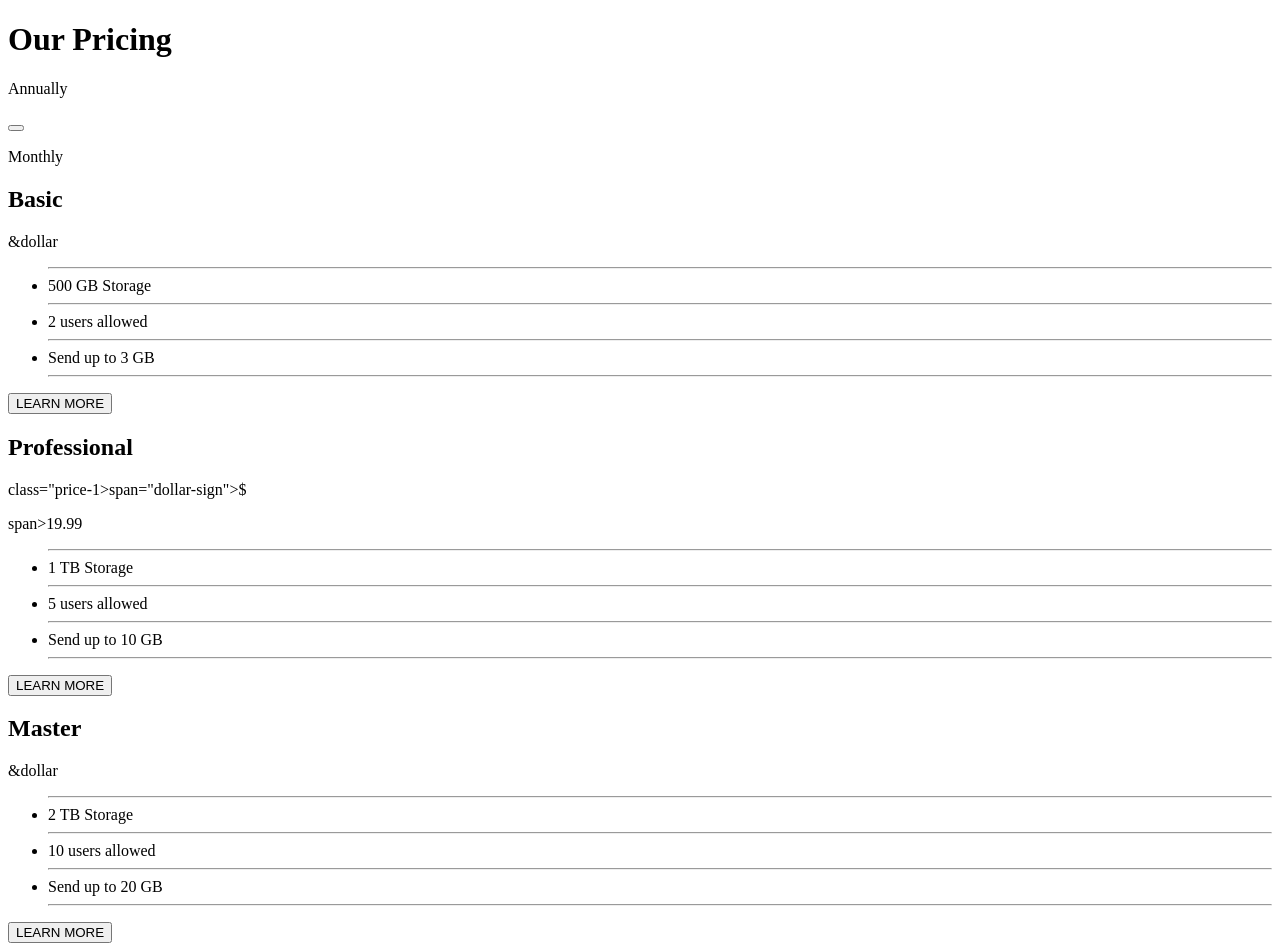
Repository: lah23500/Pricing-App
Page: Price landing page/index.html
An editor plug-in stored every save of this project. The page is shown before and after the next save, followed by the edit.
The browser window is 1280 px wide. The pictures show the whole page.

Above is the page before, as saved 2024-01-19 14:28:21.

After the next save:
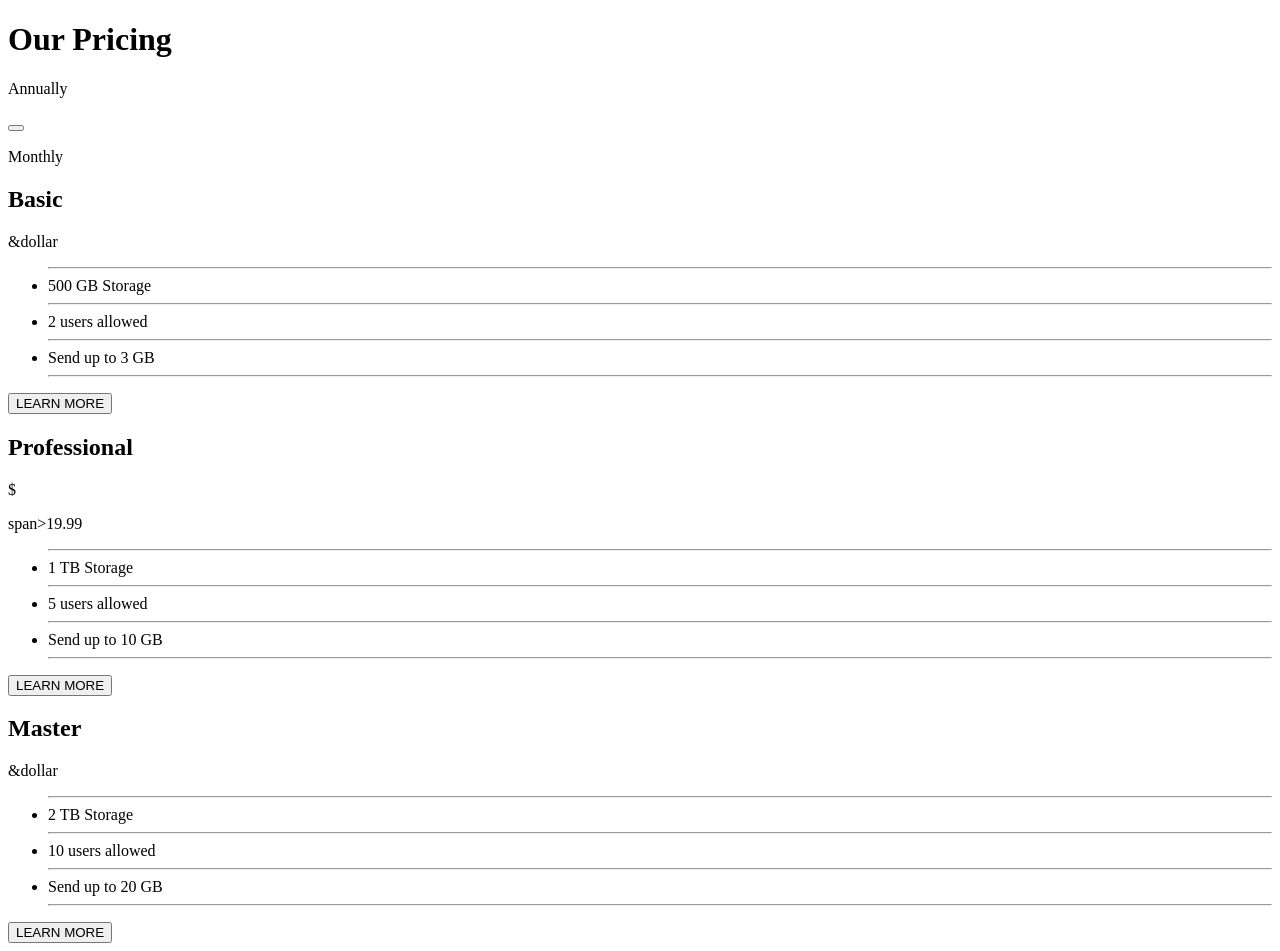
Saved 22 s later.
--- a/Price landing page/index.html
+++ b/Price landing page/index.html
@@ -42,7 +42,7 @@
           <article class="pricing container">
       <h2>Professional</h2>
 
-      <p>class="price-1>span="dollar-sign">&dollar;</p>span>19.99</p>
+      <p class="price-1>span="dollar-sign">&dollar;</p>span>19.99</p>
       <ul>
         <hr />
         <li>1 TB Storage</li>
